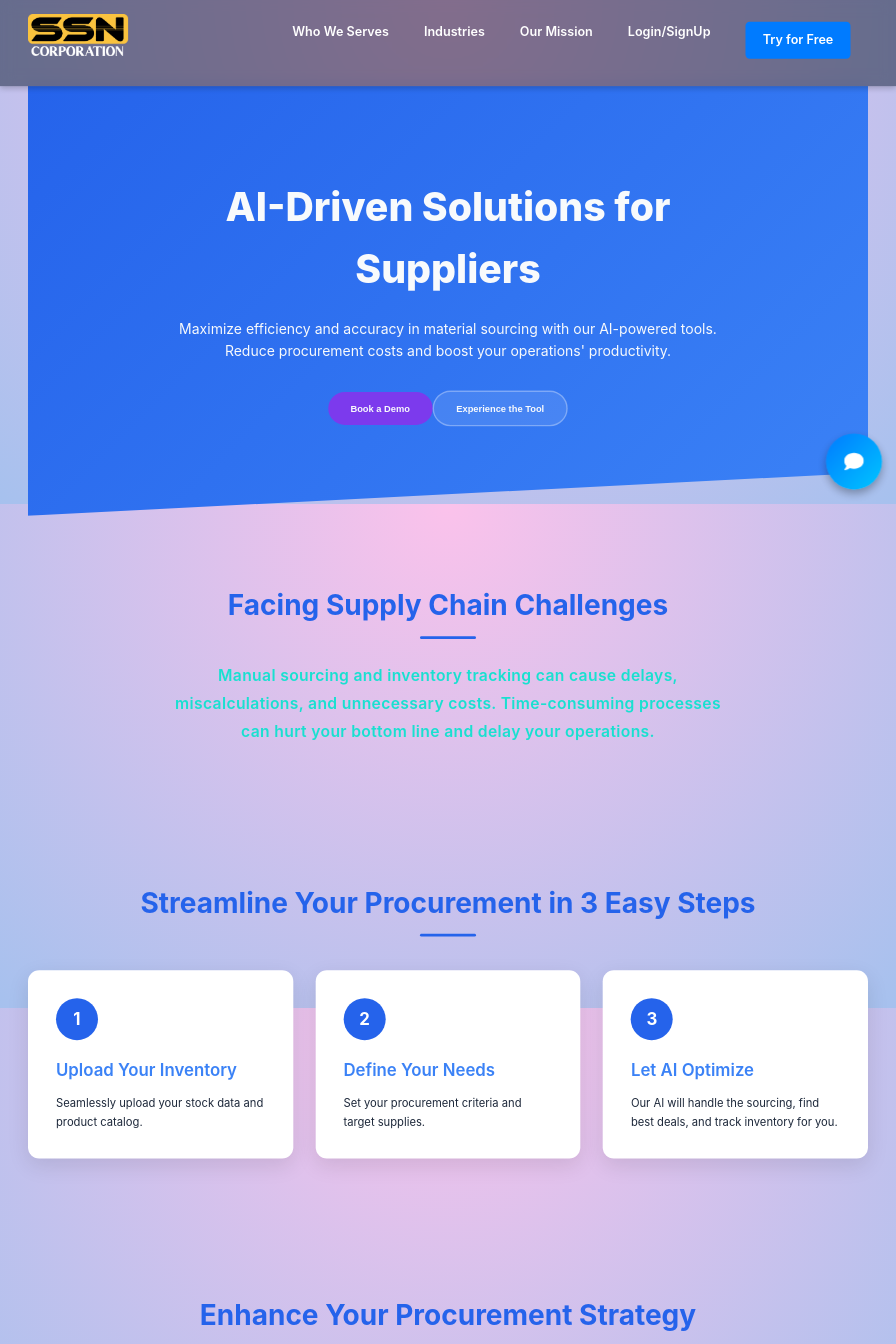
Repository: aabhashbasnet/SSNCorporation
Page: /who-we-serve/suppliers
These files come from the project's save history. The page is drawn as it stood at one moment and after the next save; the edit follows.
The browser window is 1280 px wide. The pictures show the part of the page from y = 0 to 1920 px (the page is 3676 px tall), at 70% of full size.
The project was rebuilt for these pictures with package versions that can differ from the ones it lists, and the page was loaded fresh each time. Also part of the build but not shown: src/components/Main/Main.jsx, src/components/Working/Working.css, src/components/Working/Working.jsx, src/components/Footer/Footer.jsx, src/pages/OurMission/OurMission.jsx, src/pages/LoginSignUp/LoginSignUp.css, src/pages/LoginSignUp/LoginSignUp.jsx, src/pages/Industries/Industries.jsx and 12 more.

Above is the page before, as saved 2025-02-11 12:53:56.

### src/index.css
/* index.css or App.css */
body {
  margin: 0;
  padding: 0;
  font-family: 'Poppins', sans-serif; /* Optional: Add modern typography */
  /* background: linear-gradient(to bottom, #0a192f, #162447); */
  /* background: linear-gradient(to bottom, #0a192f, #004aad); */
  /* background: radial-gradient(circle at top, #00c6ff, #0072ff, #0a192f);
  background: radial-gradient(circle at top, #ff7e5f, #feb47b, #f4f4f4);
  background: radial-gradient(circle at top, #6a11cb, #2575fc);
  background: radial-gradient(circle at top, #ff416c, #ff4b2b); */
  background: radial-gradient(circle at top, #fbc2eb, #a6c1ee);
  color: white; /* Ensures text is readable */
  min-height: 100vh;
}

### src/App.css
.app-container {
  min-height: 100vh;
  display: flex;
  flex-direction: column;
  background-size: cover;
  background-position: center;
}

### src/components/Main/Main.css
/* Ensure the main content takes up the remaining spaces */
html, body {
  height: 100%;
  margin: 0;
}

/* Main content styling */
.main-content {
  padding: 50px 20px;
  text-align: center; /* Center align the content */
  min-height: calc(100vh - 80px); /* Adjust height to fill the remaining space after navbar */
  display: flex;
  flex-direction: column;
  justify-content: center;
  align-items: center; /* Ensure content is centered horizontally */
}

/* Headline styling */
.headline {
  font-family: Verdana, Geneva, Tahoma, sans-serif;
  font-size: 72px; /* Increased font size */
  font-weight: bold;
  color: #333; /* Dark color for readability */
  margin-bottom: 20px;
  line-height: 1.2;
  white-space: normal; /* Allow line breaks */
  display: inline-block; /* Make it an inline-block element */
  max-width: 90%; /* Set a max-width for better control */
}

/* Description styling */
.description {
  font-size: 18px;
  font-weight: bolder;
  color: white; /* Slightly lighter color */
  max-width: 800px; /* Set max-width to avoid overly long lines */
  margin: 0 auto; /* Center align */
  line-height: 1.6;
}

.instant {
  color: red;
}

/* Button container styling */
.button-container {
  display: flex;
  gap: 20px; /* Add space between buttons */
  justify-content: center;
  margin-top: 20px;
  flex-wrap: wrap; /* Ensure buttons wrap on small screens */
  align-items: center; /* Center the buttons */
}

/* Button base styling */
.button {
  padding: 12px 30px;
  font-size: 16px;
  font-weight: bold;
  border: none;
  border-radius: 5px;
  cursor: pointer;
  transition: transform 0.3s ease, background-color 0.3s ease;
  display: inline-block;
}

/* Default button styling (for both buttons) */
.button:hover {
  transform: translateY(-3px);
}

/* "Get Started" button styling */
.button.primary {
  background-color: #007bff; /* Blue color */
  color: white;
  font-size: larger;
}

.button.primary:hover {
  background-color: #0056b3; /* Darker blue on hover */
}

/* "Connect with Us" button styling */
.button.connect {
  background-color: #28a745; /* Green color */
  color: white;
}

.button.connect:hover {
  background-color: #218838; /* Darker green on hover */
}

/* Add some responsive styling */
@media (max-width: 768px) {
  .headline {
    font-size: 48px; /* Adjust the headline font size on mobile */
  }

  .description {
    font-size: 16px; /* Adjust description font size on mobile */
    padding: 0 20px; /* Add padding on sides for better readability */
  }

  .button-container {
    flex-direction: column; /* Stack buttons on mobile */
    align-items: center; /* Center align the buttons */
  }

  .button {
    width: 100%; /* Make buttons full width on small screens */
    max-width: 300px; /* Set a maximum width for buttons */
    margin: 10px 0; /* Add margin for space between buttons */
  }
}

### src/components/Footer/Footer.css
.footer {
    background-color: #333;
    background: #2c3e50; /* Dark blue/gray */
    background: radial-gradient(circle at top, #333, #555);
    background: radial-gradient(circle at top, #4b0082, #2c003e);
    background: radial-gradient(circle at top, #2a2a2a, #3b3b3b);
    background: radial-gradient(circle at top, #2a2a2a, #4e4e4e);

    color: white;
    padding: 30px;
  }

  .footer-content {
    display: flex;
    flex-wrap: wrap;
    justify-content: space-around;
    max-width: 1200px;
    margin: 0 auto;
  }

  .footer-section {
    flex: 1 1 30%;
    margin-bottom: 20px;
    text-align: center;
  }

  .logo {
    width: 120px;
    height: auto;
    margin-bottom: 15px;
  }

  .social-links {
    display: flex;
    justify-content: center; /* Center social icons */
    gap: 20px;
  }

  .social-icon {
    font-size: 28px;
    color: white;
    transition: color 0.3s ease;
  }

  .social-icon:hover {
    color: #0e76a8;
  }


  .footer-section h4 {
    font-size: 1.5rem; /* Use rem for scalable font sizes */
    font-weight: bold;
    margin-bottom: 10px;
    color: rgb(11, 240, 11);
    text-transform: uppercase;
  }
  .footer-nav {
    list-style: none;
    padding: 0;
    margin: 0;
  }

  .footer-nav li {
    margin-bottom: 10px;
  }

  .footer-nav a {
    font-size: 1rem;
    color: hsl(0, 0%, 100%);
    text-decoration: none;
    transition: color 0.3s ease;
  }

  .footer-nav a:hover {
    color: #0e76a8;
  }

  .newsletter {
    display: flex;
    flex-direction: column; /* Stack input and button */
    align-items: center; /* Center content horizontally */
  }

  .email-input {
    padding: 10px;
    border: 1px solid #fff;
    border-radius: 5px;
    width: 80%; /* Make input responsive */
    margin-bottom: 10px;
    background-color: #444;
    color: white;
  }

  .subscribe-button {
    padding: 10px 20px;
    background-color: #d31b1b;
    color: white;
    border: none;
    border-radius: 5px;
    cursor: pointer;
    transition: background-color 0.3s ease;
    width: 80%; /* Make button responsive */
  }

  .subscribe-button:hover {
    background-color: #b91b1b;
  }

  @media screen and (max-width: 768px) {
    .footer-section {
      flex: 1 1 100%; /* Each section takes full width on mobile */
      margin-bottom: 20px; /* Add space between sections */
    }

    .newsletter {
      flex-direction: column; /* Stack input and button vertically */
      align-items: center; /* Center the content horizontally */
    }

    .email-input,
    .subscribe-button {
      width: 100%; /* Full width input and button */
    }

    .footer-nav li {
      margin-bottom: 5px; /* Reduce margin between links */
    }
  }

### src/pages/Industries/Industries.css
/* Import Poppins font */
@import url('https://fonts.googleapis.com/css2?family=Poppins:wght@700&display=swap');

.industries-container {
  padding: 5rem 1rem;
}

.industries-title {
  font-family: Arial, Helvetica, sans-serif;
  text-align: center;
  font-size: 2.9rem;
  color: #1f2937;
  margin-bottom: 1rem;
  font-weight: 1000;
}

.industries-subtitle {
  text-align: center;
  color: #4b5563;
  font-size: 1.125rem;
  max-width: 800px;
  margin: 0 auto 3rem;
  line-height: 1.6;
}

.industries-grid {
  display: grid;
  gap: 2rem;
  grid-template-columns: 1fr;
}

.industry-card {
  background: white;
  padding: 2.5rem;
  border-radius: 1rem;
  box-shadow: 0 4px 6px -1px rgba(0, 0, 0, 0.1);
  transition: transform 0.3s ease, box-shadow 0.3s ease;
}

.industry-card:hover {
  transform: translateY(-5px);
  box-shadow: 0 10px 15px -3px rgba(0, 0, 0, 0.1);
}

.icon-container {
  width: 60px;
  height: 60px;
  border-radius: 50%;
  display: flex;
  align-items: center;
  justify-content: center;
  margin-bottom: 1.5rem;
}

.industry-icon {
  font-size: 2.5rem;
  color: white;
}

.industry-title {
  color: #1f2937;
  font-size: 1.5rem;
  margin: 1.5rem 0 1rem;
  font-weight: 600;
}

.industry-description {
  color: #4b5563;
  line-height: 1.6;
  margin-bottom: 1.5rem;
}

.learn-more-btn {
  color: #3b82f6;
  text-decoration: none;
  font-weight: 500;
  display: inline-flex;
  align-items: center;
  gap: 0.5rem;
  transition: color 0.3s ease;
}

.learn-more-btn:hover {
  color: #2563eb;
}

@media (min-width: 768px) {
  .industries-grid {
    grid-template-columns: repeat(2, 1fr);
  }
}

@media (min-width: 1024px) {
  .industries-grid {
    grid-template-columns: repeat(4, 1fr);
  }

  .industries-title {
    font-size: 3rem;
  }

  .industries-subtitle {
    font-size: 1.25rem;
  }
}

### src/pages/Industries/FacilitiesMaintainance.css
/* Reset and base styles */
* {
  margin: 0;
  padding: 0;
  box-sizing: border-box;
}

body {
  background-color: #f5f7fa;
}

/* General section styling */
section {
  padding: 4rem 2rem;
  max-width: 1200px;
  margin: 0 auto;
}

/* Overview section */
.overview-section {
  display: flex;
  gap: 3rem;
  align-items: center;
  min-height: 80vh;
  background: linear-gradient(135deg, #e8f4fd 0%, #f5f7fa 100%);
  border-radius: 20px;
  margin: 2rem auto;
}

.overview-text {
  flex: 1;
}

.overview-text h1 {
  font-size: 3rem;
  margin-bottom: 1.5rem;
  color: #2c3e50;
  line-height: 1.2;
  font-weight: 700;
}

.overview-text p {
  font-size: 1.1rem;
  line-height: 1.6;
  color: #5a6c7d;
  margin-bottom: 1.5rem;
}

.overview-image {
  flex: 1;
  position: relative;
}

.overview-image img {
  width: 100%;
  height: auto;
  border-radius: 15px;
  box-shadow: 0 20px 40px rgba(0, 0, 0, 0.1);
}

/* Features and Benefits section */
.features-benefits {
  background: linear-gradient(135deg, #f5f7fa 0%, #e8f4fd 100%);
  text-align: center;
  padding: 5rem 2rem;
  border-radius: 20px;
  margin: 2rem auto;
}

.features-benefits h2 {
  font-size: 2.5rem;
  color: #2c3e50;
  margin-bottom: 3rem;
  font-weight: 700;
}

.feature-card {
  background: rgba(255, 255, 255, 0.9);
  padding: 2rem;
  border-radius: 10px;
  box-shadow: 0 10px 20px rgba(0, 0, 0, 0.05);
  transition: transform 0.3s ease;
  text-align: center;
}

.feature-card:hover {
  transform: translateY(-5px);
  background: rgba(255, 255, 255, 0.95);
  box-shadow: 0 15px 30px rgba(0, 0, 0, 0.1);
}

.feature-card i {
  font-size: 2.5rem;
  margin-bottom: 1rem;
}

.feature-card h3 {
  font-size: 1.5rem;
  color: #2c3e50;
  margin-bottom: 1rem;
  font-weight: 600;
}

.feature-card p {
  color: #5a6c7d;
  line-height: 1.5;
}

/* CTA section */
.cta-section {
  text-align: center;
  background: linear-gradient(135deg, #3498db, #2980b9);
  color: white;
  border-radius: 15px;
  margin: 2rem auto;
  padding: 4rem 2rem;
  box-shadow: 0 15px 30px rgba(41, 128, 185, 0.2);
}

.cta-section h2 {
  font-size: 2.5rem;
  margin-bottom: 1.5rem;
  font-weight: 700;
}

.cta-section p {
  font-size: 1.2rem;
  margin-bottom: 2rem;
  max-width: 600px;
  margin-left: auto;
  margin-right: auto;
  line-height: 1.6;
}

.cta-button {
  display: inline-block;
  padding: 1rem 2rem;
  font-size: 1.2rem;
  font-weight: 600;
  text-decoration: none;
  color: white;
  background: linear-gradient(135deg, #28a745, #218838);
  border-radius: 30px;
  transition: all 0.3s ease;
  cursor: pointer;
  border: 2px solid transparent;
  box-shadow: 0 4px 15px rgba(40, 167, 69, 0.2);
}

.cta-button:hover {
  transform: scale(1.05);
  box-shadow: 0 6px 20px rgba(40, 167, 69, 0.3);
  background: linear-gradient(135deg, #218838, #28a745);
  color: white;
  border-color: rgba(255, 255, 255, 0.2);
}

/* Responsive Design */
@media (max-width: 1024px) {
  .features-grid {
      grid-template-columns: repeat(2, 1fr);
  }
}

@media (max-width: 768px) {
  .overview-section {
      flex-direction: column;
      text-align: center;
  }

  .overview-text h1 {
      font-size: 2.5rem;
  }

  .features-grid {
      grid-template-columns: 1fr;
  }

  .cta-section h2 {
      font-size: 2rem;
  }
}

@media (max-width: 480px) {
  section {
      padding: 2rem 1rem;
  }

  .overview-text h1 {
      font-size: 2rem;
  }

  .features-benefits h2 {
      font-size: 2rem;
  }

  .feature-card {
      margin: 0;
  }

  .cta-button {
      width: 90%;
      max-width: 300px;
  }
}

### src/pages/WhoWeServe/Suppliers.css
/* Suppliers.css */

/* CSS Variables & Reset */
:root {
    --primary-color: #2563eb;
    --secondary-color: #3b82f6;
    --accent-color: #7c3aed;
    --text-dark: #1e293b;
    --text-light: #f8fafc;
    --transition: all 0.3s ease;
  }

  * {
    margin: 0;
    padding: 0;
    box-sizing: border-box;
  }

  body {
    font-family: 'Inter', sans-serif;
    line-height: 1.6;
    color: var(--text-dark);
  }

  /* Utility Classes */
  .container {
    max-width: 1200px;
    margin: 0 auto;
    padding: 0 1.5rem;
  }

  /* Hero Section */
  .hero {
    background: linear-gradient(135deg, #2563eb 0%, #3b82f6 100%);
    color: var(--text-light);
    padding: 8rem 0;
    clip-path: polygon(0 0, 100% 0, 100% 90%, 0 100%);
    animation: fadeIn 1s ease-out;
  }

  .hero-content {
    max-width: 800px;
    text-align: center;
    margin: 0 auto;
  }

  .hero h1 {
    font-size: 3.5rem;
    margin-bottom: 1.5rem;
    /* Increase weight for more impact */
    font-weight: 800;
    animation: slideUp 0.8s ease-out;
  }

  .hero p {
    font-size: 1.25rem;
    margin-bottom: 2.5rem;
    opacity: 0;
    animation: fadeIn 0.8s 0.3s ease-out forwards;
  }

  /* Adjusted Heading Styles for More Vibrancy */
  h2 {
    font-size: 2.5rem;
    text-align: center;
    margin-bottom: 3rem;
    /* Use primary color and extra weight */
    color: var(--primary-color);
    font-weight: 700;
    position: relative;
  }

  h2::after {
    content: '';
    position: absolute;
    bottom: -1rem;
    left: 50%;
    transform: translateX(-50%);
    width: 80px;
    height: 4px;
    background: var(--primary-color);
    border-radius: 2px;
  }

  /* Make h3 more vivid (used in Steps & Benefits) */
  h3 {
    font-size: 1.5rem;
    font-weight: 600;
    color: var(--secondary-color);
    margin-bottom: 1rem;
  }

  /* Buttons */
  button {
    padding: 1rem 2rem;
    border: none;
    border-radius: 50px;
    font-weight: 600;
    cursor: pointer;
    transition: var(--transition);
  }

  .cta-demo {
    background: var(--accent-color);
    color: var(--text-light);
  }

  .cta-demo:hover {
    transform: translateY(-2px);
    box-shadow: 0 8px 20px rgba(124, 58, 237, 0.3);
  }

  .cta-experience {
    background: rgba(255, 255, 255, 0.1);
    color: var(--text-light);
    border: 2px solid rgba(255, 255, 255, 0.3);
  }

  .cta-experience:hover {
    background: rgba(255, 255, 255, 0.2);
    transform: translateY(-2px);
  }

  /* Sections Common Styles */
  section {
    padding: 6rem 0;
  }
  .challenges p {
    font-size: 1.4rem;        /* Increase font size for better readability */
    font-weight: 600;         /* Use a bolder weight to add emphasis */
    line-height: 1.8;         /* Improve readability with extra line spacing */
    letter-spacing: 0.5px;    /* A little extra spacing can make text pop */
    color: #19e0d0;           /* A slightly lighter, more vibrant dark tone */
    text-align: center;       /* Center the text for a more modern look */
    max-width: 800px;         /* Constrain the width for better layout control */
    margin: 0 auto;           /* Center the block within its container */
  }


  /* Process Section */
  .steps {
    display: grid;
    grid-template-columns: repeat(3, 1fr);
    gap: 2rem;
    margin-top: 4rem;
  }

  .step {
    background: white;
    padding: 2.5rem;
    border-radius: 1rem;
    box-shadow: 0 10px 30px rgba(0, 0, 0, 0.1);
    transition: var(--transition);
    opacity: 0;
    transform: translateY(20px);
    animation: fadeInUp 0.6s ease-out forwards;
  }

  .step:hover {
    transform: translateY(-10px);
  }

  .step:nth-child(1) { animation-delay: 0.2s; }
  .step:nth-child(2) { animation-delay: 0.4s; }
  .step:nth-child(3) { animation-delay: 0.6s; }

  .step-number {
    width: 60px;
    height: 60px;
    background: var(--primary-color);
    color: white;
    border-radius: 50%;
    display: flex;
    align-items: center;
    justify-content: center;
    font-size: 1.5rem;
    font-weight: 700;
    margin-bottom: 1.5rem;
  }

  /* Benefits Section */
  .benefit-container {
    display: grid;
    grid-template-columns: repeat(3, 1fr);
    gap: 2rem;
    margin-top: 4rem;
  }

  .benefit {
    background: rgba(59, 130, 246, 0.05);
    padding: 2rem;
    border-radius: 1rem;
    border: 2px solid rgba(59, 130, 246, 0.1);
    transition: var(--transition);
  }

  .benefit:hover {
    transform: translateY(-5px);
    border-color: var(--primary-color);
  }

  /* Testimonials */
  .testimonial-container {
    display: grid;
    grid-template-columns: repeat(2, 1fr);
    gap: 3rem;
    margin-top: 4rem;
  }

  .testimonial {
    background: white;
    padding: 2rem;
    border-radius: 1rem;
    box-shadow: 0 10px 30px rgba(0, 0, 0, 0.05);
  }

  .testimonial-image-container {
    width: 100px;
    height: 100px;
    border-radius: 50%;
    overflow: hidden;
    margin: 0 auto 1.5rem;
    border: 4px solid var(--primary-color);
  }

  .testimonial-image {
    width: 100%;
    height: 100%;
    object-fit: cover;
  }

  /* Categories */
  .categories ul {
    display: flex;
    flex-wrap: wrap;
    gap: 1rem;
    justify-content: center;
    margin-top: 3rem;
  }

  .categories li {
    background: rgba(59, 130, 246, 0.1);
    color: var(--primary-color);
    padding: 0.8rem 1.5rem;
    border-radius: 50px;
    font-weight: 500;
    transition: var(--transition);
  }

  .categories li:hover {
    background: var(--primary-color);
    color: white;
    transform: translateY(-2px);
  }

  /* Final CTA */
  .cta-final {
    background: var(--primary-color);
    color: white;
    text-align: center;
    padding: 6rem 0;
    clip-path: polygon(0 10%, 100% 0, 100% 100%, 0 100%);
  }

  .cta-buttons {
    display: flex;
    gap: 1rem;
    justify-content: center;
    margin-top: 3rem;
  }

  .cta-free {
    background: white;
    color: var(--primary-color);
  }

  .cta-free:hover {
    background: rgba(255, 255, 255, 0.9);
  }

  /* Animations */
  @keyframes fadeIn {
    from { opacity: 0; }
    to { opacity: 1; }
  }

  @keyframes slideUp {
    from {
      opacity: 0;
      transform: translateY(30px);
    }
    to {
      opacity: 1;
      transform: translateY(0);
    }
  }

  @keyframes fadeInUp {
    to {
      opacity: 1;
      transform: translateY(0);
    }
  }

  /* Responsive Design */
  @media (max-width: 1024px) {
    .steps, .benefit-container, .testimonial-container {
      grid-template-columns: 1fr;
      gap: 2rem;
    }

    .hero h1 {
      font-size: 2.5rem;
    }

    section {
      padding: 4rem 0;
    }
  }

  @media (max-width: 768px) {
    .hero {
      padding: 6rem 0;
    }

    .hero h1 {
      font-size: 2rem;
    }

    .hero-buttons {
      flex-direction: column;
      align-items: center;
    }

    h2 {
      font-size: 2rem;
    }

    .cta-buttons {
      flex-direction: column;
      align-items: center;
    }
  }

Loaded but not shown: public/index.html (common file); src/index.js (common file); src/reportWebVitals.js (common file); src/App.js (63 lines, source omitted); src/components/FloatingChatButton/FloatingChatButton.jsx (177 lines, source omitted); src/components/FloatingChatButton/FloatingChatButton.css (285 lines, source omitted); src/components/Navbar/Navbar.jsx (138 lines, source omitted); src/pages/WhoWeServe/Suppliers.jsx (136 lines, source omitted); src/components/Navbar/Navbar.css (231 lines, source omitted); src/pages/Industries/Paving.css (214 lines, source omitted); src/pages/Industries/Landscaping.css (213 lines, source omitted); src/pages/OurMission/OurMission.css (228 lines, source omitted); src/pages/Industries/GeneralConstruction.css (205 lines, source omitted)

After the next save:
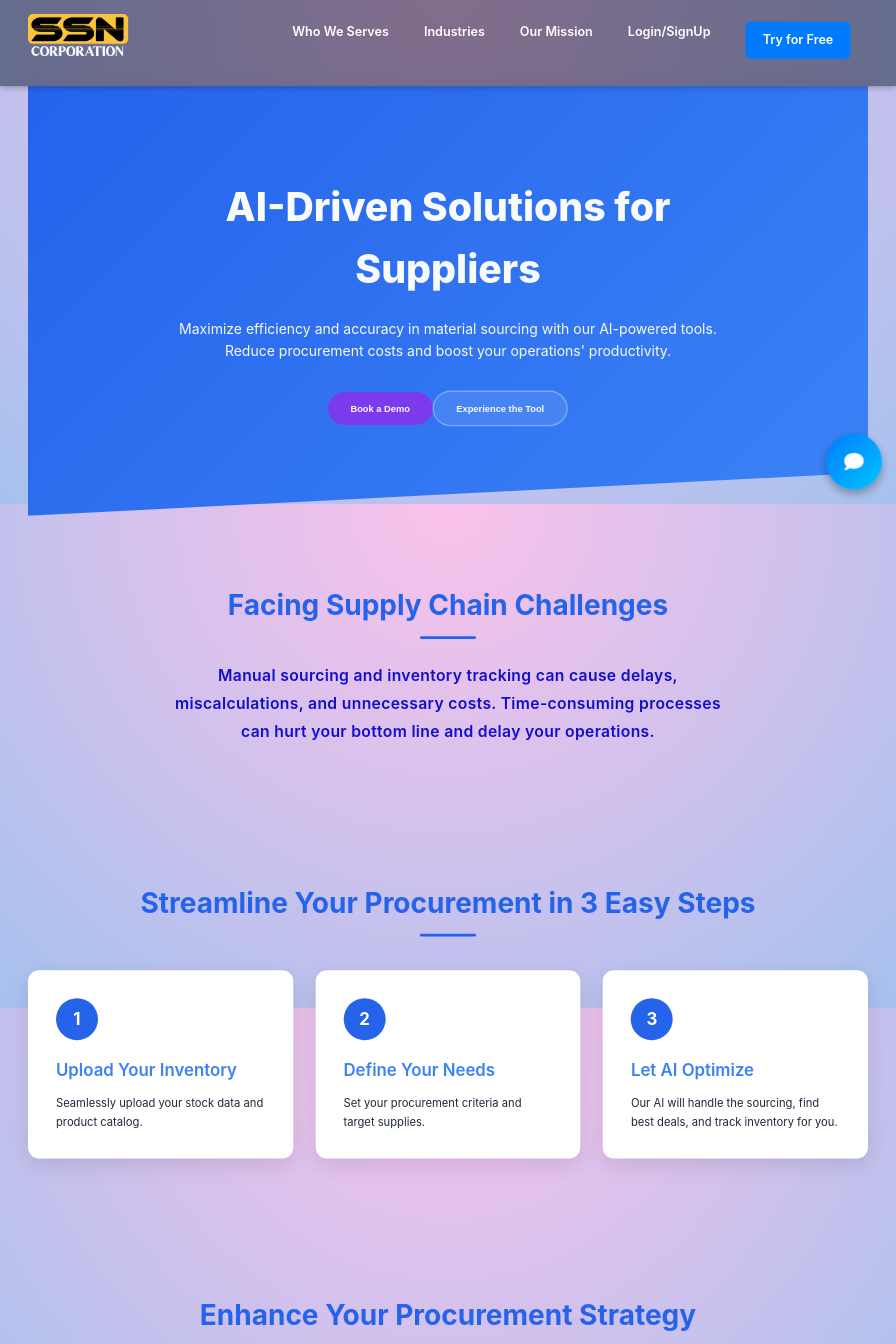
Saved 5 s later.
--- a/src/pages/WhoWeServe/Suppliers.css
+++ b/src/pages/WhoWeServe/Suppliers.css
@@ -130,7 +130,7 @@
     font-weight: 600;         /* Use a bolder weight to add emphasis */
     line-height: 1.8;         /* Improve readability with extra line spacing */
     letter-spacing: 0.5px;    /* A little extra spacing can make text pop */
-    color: #19e0d0;           /* A slightly lighter, more vibrant dark tone */
+    color: #110ecc;           /* A slightly lighter, more vibrant dark tone */
     text-align: center;       /* Center the text for a more modern look */
     max-width: 800px;         /* Constrain the width for better layout control */
     margin: 0 auto;           /* Center the block within its container */
